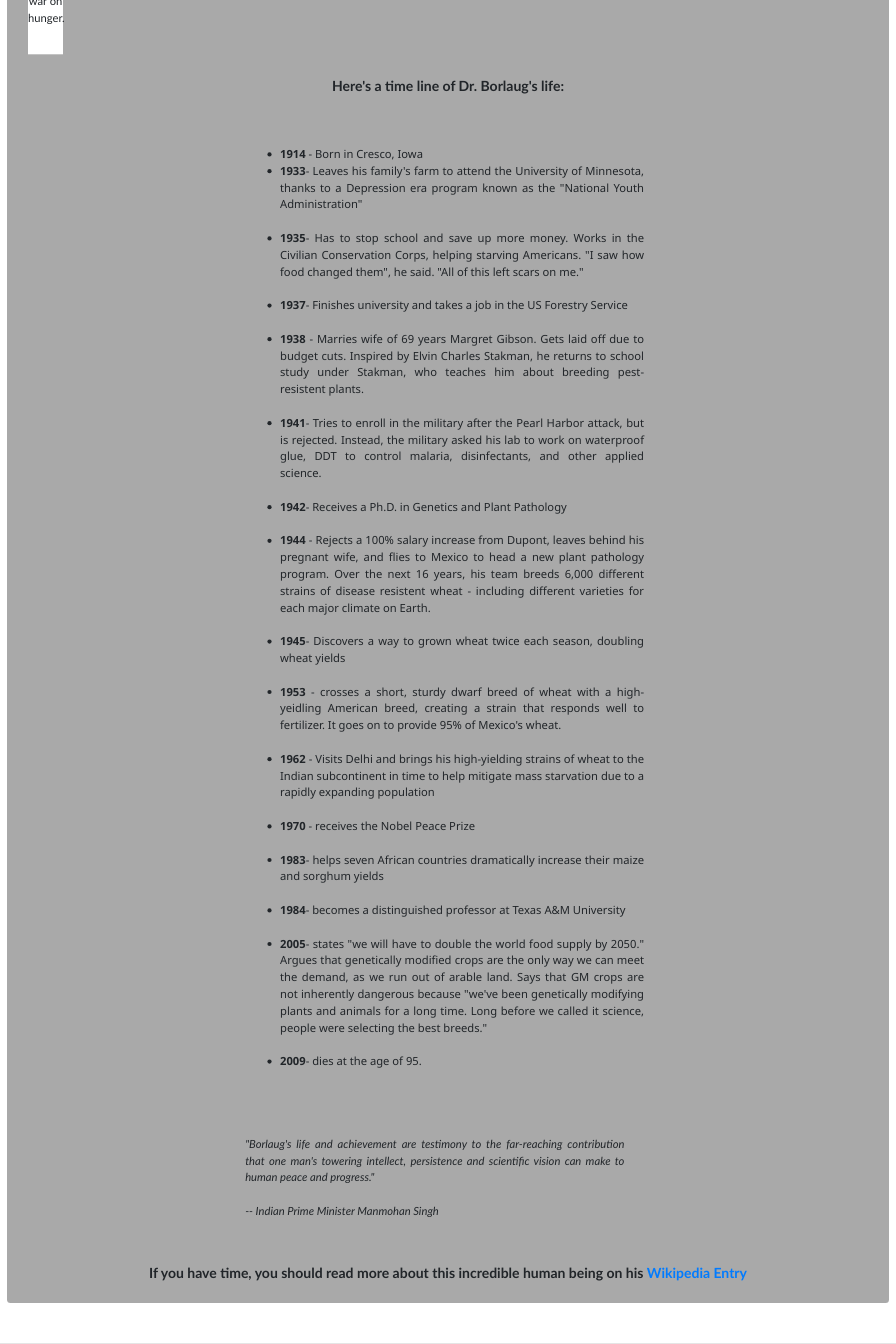
Repository: AbdulWahabRaza123/tributePage
Page: index.html
These files come from the project's save history. The page is drawn as it stood at one moment and after the next save; the edit follows.
The browser window is 1280 px wide. The pictures show the part of the page from y = 1331 to 3251 px (the page is 3251 px tall before and 3203 px after), at 70% of full size.

Above is the page before, as saved 2021-09-02 17:32:44.

After the next save:
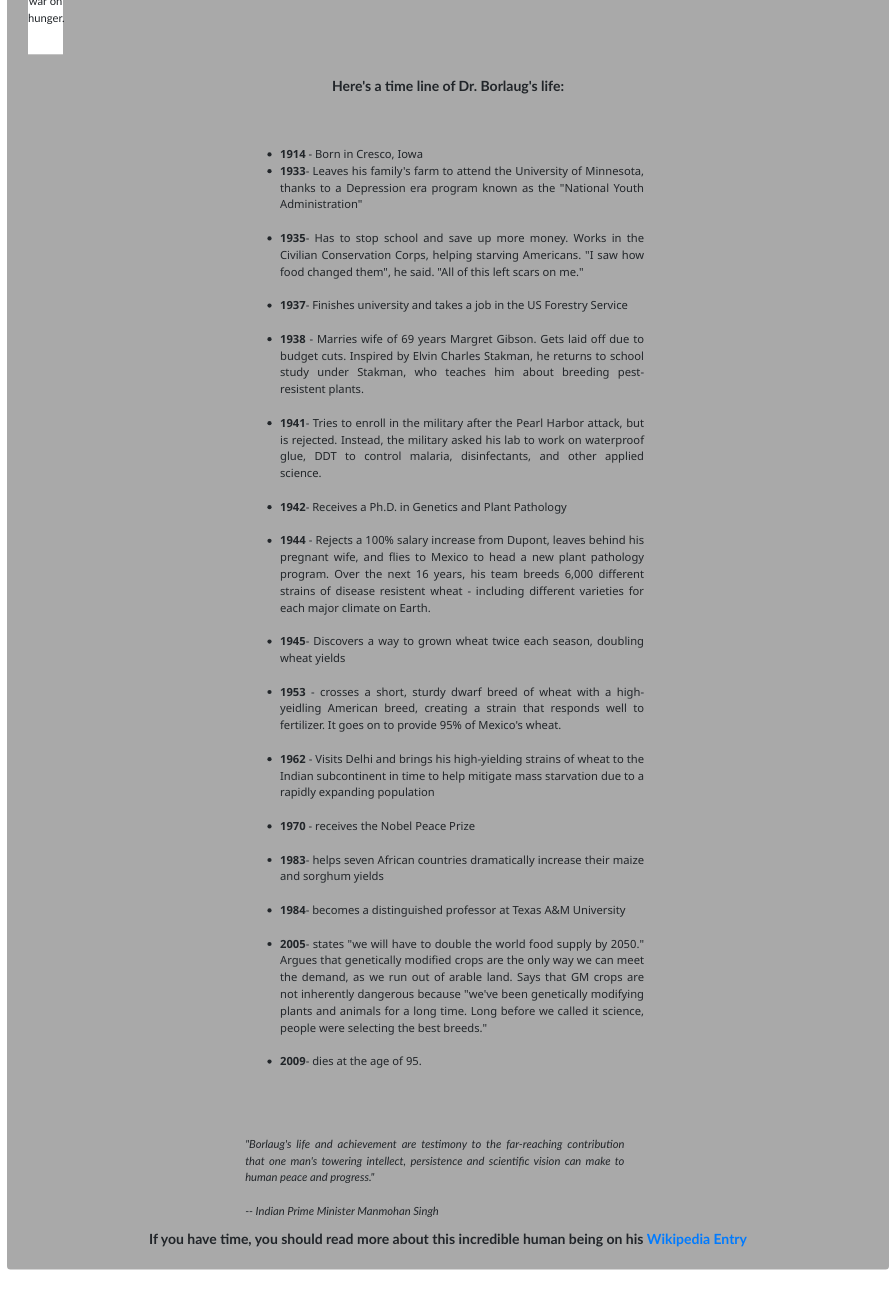
Saved 90 s later.
--- a/new.css
+++ b/new.css
@@ -110,12 +110,18 @@
         width: 20pc;
         height: fit-content;
     }
+    #tribute-info {
+        float: left;
+    }
 }
 
 @media screen and (min-width: 768px) {
     #img-div {
         width: 30px;
         height: fit-content;
+    }
+    #tribute-info {
+        float: left;
     }
 }
 
@@ -124,4 +130,7 @@
         width: 50px;
         height: fit-content;
     }
+    #tribute-info {
+        float: left;
+    }
 }
